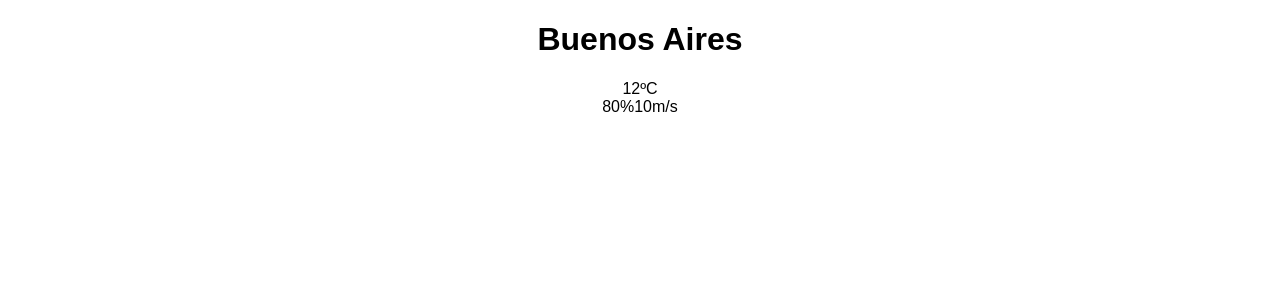
Repository: gustavojuan/REACT-weatherApp
Page: /
The author's editor kept a copy of each file at every save. The page is drawn from the files as they stood at one save, then again after a run of saves.
The browser window is 1280 px wide. The pictures show the whole page.
The project was rebuilt for these pictures with package versions that can differ from the ones it lists, and the page was loaded fresh each time.

Above is the page before, as saved 2018-07-12 09:05:43.

After the next 2 saves:
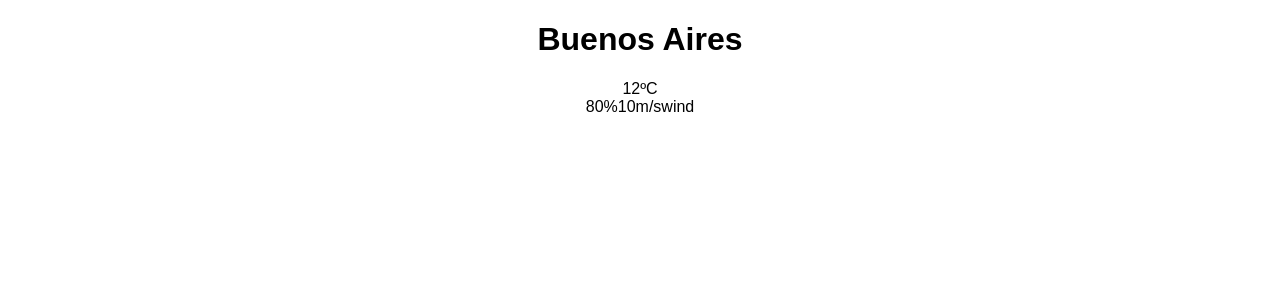
The 2 saves are shown as one change because they came seconds apart.
The last was saved 13 s later.
--- a/src/components/WeatherExtraInfo.js
+++ b/src/components/WeatherExtraInfo.js
@@ -3,7 +3,7 @@ import React from 'react';
 const WeatherExtraInfo = ({ humidity, wind }) => (
     <div>
         <span>{ humidity + '%' }</span>
-        <span>{wind}</span>
+        <span>{ wind + 'wind' }</span>
     </div>
 );
 
